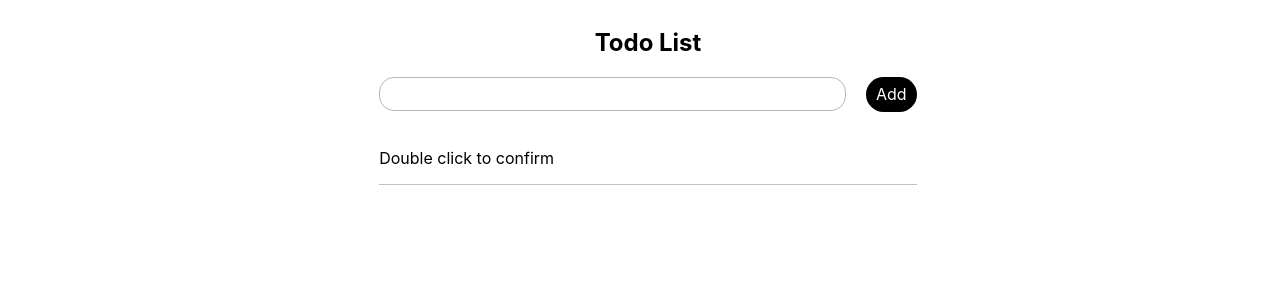
Repository: irenewuu/comp4130_checklist
Page: index.html
The author's editor kept a copy of each file at every save. The page is drawn from the files as they stood at one save, then again after the next save.
The browser window is 1280 px wide. The page is 1288 px wide, so the pictures cover 1288 px, including what lies to the right of the window. The pictures show the whole page.

Above is the page before, as saved 2022-01-12 15:31:07.

### index.html
<!DOCTYPE html>
<html lang="en">
  <head>
    <meta charset="UTF-8">
    <meta name="viewport" content="width=device-width, initial-scale=1.0">
    <link rel="stylesheet" href="style.css">
    <script src="index.js"></script>
    <title>Comp4130_Checklist</title>
  </head>
  <body>
    <div class="main">
      <!-- title area -->
      <div class="title">
      <h2>Todo List</h2>
      </div>
      <!-- input area -->
      <form class="input">
        <input type="text" class="text" id="myInput" onkeyup="13" >
        <span class="btn" onclick="newElement()">Add</span>
      </form>
      <!-- homework checklist -->
      <div class="sortbox">
        <!-- <h4>Sort</h4>
        <img src="image/Iconly/Bold/sort.svg"> -->
        <p>Double click to confirm</p>
      </div>
      <ul id="NewList">

      </ul>
    </div>
  </body>
</html>

### style.css
body {
  width: 100%;
  height: 100%;
  display: flex;
  flex-direction: column;
  justify-content: center;
  align-items: center;
}

.main {
  width: 70%;
  height: 50%;
  display: flex;
  flex-direction: column;
  justify-content: center;
  align-items: center;
  font-family: -apple-system, BlinkMacSystemFont, "Segoe UI", Roboto;
}
form > span {
  width: 60%;
  display: flex;
  justify-content: center;
  background: #000000;
  color: #fff;
  justify-content: center;
  align-items: center;
}
.input {
  width: 60%;
  display: flex;
  justify-content: center;
}
.text {
  width: 90%;
  height: 30px;
  border-radius: 15px;
  border: 1px solid rgb(182, 182, 182);
}
.btn {
  width: 10%;
  height: 35px;
  border-radius: 20px;
  margin-left: 20px;
}
.sortbox {
  width: 60%;
  display: flex;
  flex-direction: row;
  border-bottom: 1px solid #c2c2c2;
  margin-top: 20px;
}
.sortbox > img {
  margin: 10px;
}
ul {
  width: 60%;
  justify-content: center;
  margin: 0;
  padding: 0;
}
/* Style the list items */
ul li {
  cursor: pointer;
  position: relative;
  padding: 12px 8px 12px 40px;
  list-style-type: none;
  border-bottom: 1px solid #c2c2c2;
  font-size: 18px;
  transition: 0.2s;

  /* make the list items unselectable */
  -webkit-user-select: none;
  -moz-user-select: none;
  -ms-user-select: none;
  user-select: none;
}

ul li span {
  position: relative;
  right: 10px;
}

/* hover */
ul li:hover {
  background: #ddd;
}

/* When clicked on, add a background color and strike out text */
ul li.checked {
  background: #888;
  color: #fff;
  text-decoration: line-through;
}
/* Add a "checked" mark when clicked on */
ul li.checked::before {
  content: "";
  position: absolute;
  border-color: #fff;
  border-style: solid;
  border-width: 0 2px 2px 0;
  top: 10px;
  left: 16px;
  transform: rotate(45deg);
  height: 15px;
  width: 7px;
}
/* Style the close button */
.close {
  position: absolute;
  right: 0;
  top: 0;
  padding: 12px 16px 12px 16px;
}

.close:hover {
  background-color: #f72585;
}

@media only screen and (max-width: 600px) {
  .input {
    width: 60%;
    display: flex;
    justify-content: center;
  }
  .text {
    width: 65%;
    height: 20px;
  }
  .btn {
    width: 30%;
    height: 26px;
  }
}

### index.js
let data = [];

// // Create a "close" button and append it to each list item
var listItem = document.getElementsByTagName("li");

// Create a new list item when clicking on the "Add" button
function newElement() {
  console.log(data)
  var li = document.createElement("li");
  // li.className = "unchecked";
  var inputValue = document.getElementById("myInput").value;

  //putting input value in list
  var spanText = document.createTextNode(inputValue);
  var span = document.createElement("span");
  span.appendChild(spanText);
  li.appendChild(span);


  // delete img
  var bin = document.createElement("img");
  bin.src = "image/iconly/bold/delete.svg";
  bin.className = "close";
  li.appendChild(bin);

  if (inputValue === '') {
    alert("You must write something!");
    data.push()
  } else {
    document.getElementById("NewList").appendChild(li);
  }

  document.getElementById("myInput").value = "";

  // Click on a close button to hide the current list item
  // push object in array
  data.push({ value: inputValue })
  console.log(data)

  // Add a "checked" symbol when clicking on a list item
  // var list = document.querySelector('ul');
  // list.addEventListener('click', function(ev) {
  //   if (ev.target.tagName === 'LI') {
  //     // ev.target.tagName.className = "checked";
  //     ev.target.classList.toggle('checked');
  //   }
  // }, false);

  var close = document.getElementsByClassName("close");

    for (var i = 0; i < close.length; i++) {
      close[i].onclick = function () {

        data.splice(data[i], 1);
        console.log(data)

        // delete the item onclick
        var div = this.parentElement;
        div.remove(0,-1);
      }
    }


    for (var i = 0; i < listItem.length; i++) {
      listItem[i].onclick = function () {
       // Add a "checked" symbol when clicking on a list item
        var list = document.querySelector('ul');
        list.addEventListener('click', function(ev) {
        if (ev.target.tagName === 'LI') {
          ev.target.classList.toggle('checked');

        }

  }, false);
      }
    }
}

After the next save:
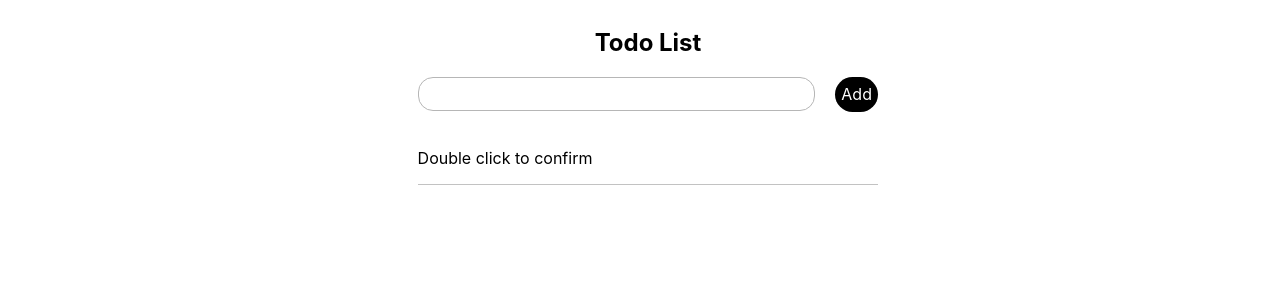
Saved 24 s later.
--- a/style.css
+++ b/style.css
@@ -8,7 +8,7 @@ body {
 }
 
 .main {
-  width: 70%;
+  width: 60%;
   height: 50%;
   display: flex;
   flex-direction: column;
